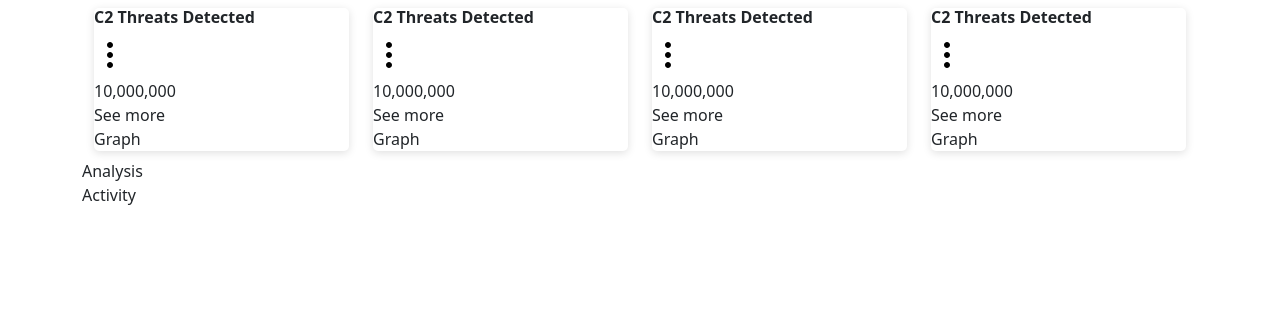
Repository: badhon252/dashboard
Page: /
The author's editor kept a copy of each file at every save. The page is drawn from the files as they stood at one save, then again after the next save.
The browser window is 1280 px wide. The pictures show the whole page.
The project was rebuilt for these pictures with package versions that can differ from the ones it lists, and the page was loaded fresh each time. Also part of the build but not shown: vite.config.js.

Above is the page before, as saved 2023-01-27 01:08:40.

### index.html
<!DOCTYPE html>
<html lang="en">

<head>
    <meta charset="UTF-8" />
    <link rel="icon" type="image/svg+xml" href="/vite.svg" />
    <meta name="viewport" content="width=device-width, initial-scale=1.0" />
    <!-- bootsrap cdn  -->
    <link rel="stylesheet" href="https://cdn.jsdelivr.net/npm/bootstrap@5.2.3/dist/css/bootstrap.min.css">
    <title>DashBoard</title>
</head>

<body>
    <div id="root"></div>

    <script type="module" src="/src/index.jsx"></script>
    <!-- bootsrap cdn  -->
    <script type="module" src="https://cdn.jsdelivr.net/npm/bootstrap@5.2.3/dist/js/bootstrap.bundle.min.js"></script>
</body>

</html>

### src/App.jsx
import './App.css'
import Activity from './Components/Activity/Activity'
import Analysis from './Components/Analysis/Analysis'
import Status from './Components/Status/Status'

function App() {

  return (
    <div className="container">
      <Status/>
      <Analysis/>
      <Activity/>
    </div>
  )
}

export default App

### src/App.css
img {
    max-width: 30px;
}

### src/Components/Activity/Activity.jsx
import React from 'react';

const Activity = () => {
    return (
        <div>
            Activity
        </div>
    );
}

export default Activity;

### src/Components/Analysis/Analysis.jsx
import React from 'react'

export default function Analysis() {
  return (
    <div>Analysis</div>
  )
}

### src/Components/Status/Status.jsx
import React from 'react'
import StatusCard from './StatusCard'
import "./Status.css"

export default function Status() {
  return (
    <div id="status" className='container'>
      <div className='row' >

        <div className="col-md-3">
            <StatusCard/>
        </div>
        <div className="col-md-3">
            <StatusCard/>
        </div>
        <div className="col-md-3">
            <StatusCard/>
        </div>
        <div className="col-md-3">
            <StatusCard/>
        </div>

      </div>
    </div>
  )
}

### src/Components/Status/StatusCard.jsx
import dotIcon from "../../assets/dot.svg"
import "./Status.css"

export default function StatusCard() {
  return (
      <div className="myCard my-2" >
        <div className="myCard_Head" >
          <h3 className='myCard_title'>C2 Threats Detected</h3>
          <h3 className='myCard_icon'>
            <img className="img-fluid" src={dotIcon} alt=":" />
          </h3>
        </div>
        <div className="myCard_value">10,000,000</div>
        <div className="myCard_data">
         <div className="link">See more</div>
         <div className="myCard_Graph">Graph</div>
        </div>
      </div>

  )
}

### src/Components/Status/Status.css
/* Card css  */

.myCard {
    border-radius: 5px;
    box-shadow: 0 2px 8px rgba(0, 0, 0, 0.127);
    cursor: pointer;
    transition: all 0.3s ease-in-out;
    width: 100%;
}

.myCard_title {
    font-size: 1rem;
    font-weight: bold;
    margin: 0.5rem 0;
}

Loaded but not shown: src/index.jsx (common file)

After the next save:
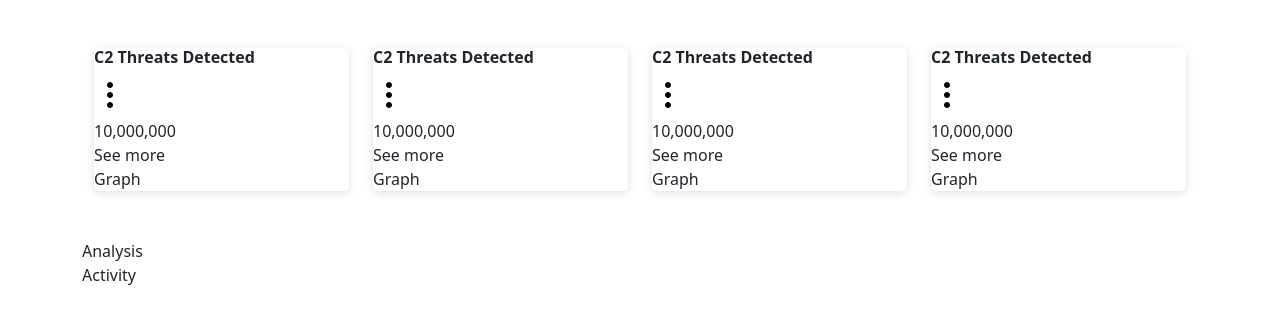
Saved 4 s later.
--- a/src/Components/Status/StatusCard.jsx
+++ b/src/Components/Status/StatusCard.jsx
@@ -3,7 +3,7 @@ import "./Status.css"
 
 export default function StatusCard() {
   return (
-      <div className="myCard my-2" >
+      <div className="myCard my-5" >
         <div className="myCard_Head" >
           <h3 className='myCard_title'>C2 Threats Detected</h3>
           <h3 className='myCard_icon'>
